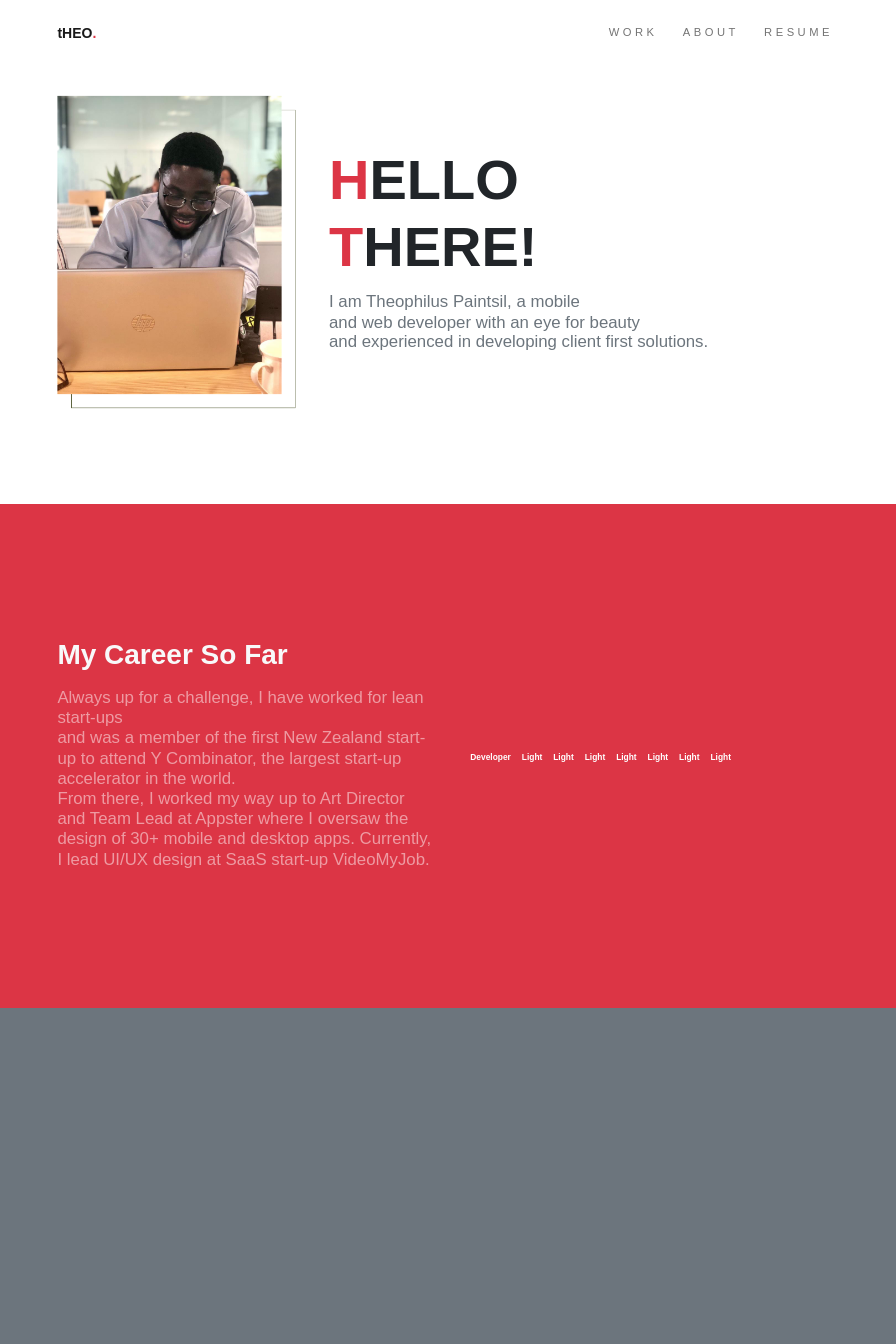
Repository: tHEO2k17/portfolio
Page: /
An editor plug-in stored every save of this project. The page is shown before and after the next save, followed by the edit.
The browser window is 1280 px wide. The pictures show the part of the page from y = 0 to 1920 px (the page is 3000 px tall), at 70% of full size.
The project was rebuilt for these pictures with package versions that can differ from the ones it lists, and the page was loaded fresh each time.

Above is the page before, as saved 2021-07-22 10:35:47.

### public/index.html
<!DOCTYPE html>
<html lang="en">
  <head>
    <meta charset="utf-8" />
    <link rel="icon" href="%PUBLIC_URL%/favicon.ico" />
    <meta name="viewport" content="width=device-width, initial-scale=1" />
    <meta name="theme-color" content="#000000" />
    <meta
      name="description"
      content="Web site created using create-react-app"
    />
    <link rel="apple-touch-icon" href="%PUBLIC_URL%/logo192.png" />
    <link rel="manifest" href="%PUBLIC_URL%/manifest.json" />
    <title>Theophilus Paintsil - Portfolio</title>
  </head>
  <body>
    <noscript>You need to enable JavaScript to run this app.</noscript>
    <div id="root"></div>
  </body>
</html>

### src/index.tsx
import React from 'react';
import ReactDOM from 'react-dom';
import './index.scss';
import App from './presentation/App';

ReactDOM.render(
  <React.StrictMode>
    <App />
  </React.StrictMode>,
  document.getElementById('root')
);

### src/index.scss
@import '~bootstrap/scss/bootstrap.scss';

body{
    font-family: Arial, Helvetica, sans-serif;
}
// Navbar
.navbar-light .navbar-nav{
    padding: 1.2rem 0rem;
}

.navbar-light .navbar-nav .nav-link {
   letter-spacing: 5px;
//    font-size: 14px;
}

.navbar-light .navbar-nav .nav-link:not(:last-child) {
    margin-right: 20px;
 }

### src/presentation/App.tsx
import React from 'react';
import { Switch, Route, BrowserRouter as Router, } from 'react-router-dom';
import HomePage from './pages/HomePage';

function App() {
  return (
    <Router>
      <Switch>
        <Route exact path="/" component={HomePage} />
      </Switch>
    </Router>
  );
}

export default App;

### src/presentation/pages/HomePage.tsx
import { Col, Container, Nav, Navbar, Row, Image, Badge } from "react-bootstrap";

export default function HomePage() {
    return (
        <>
            <Navbar expand="lg" fixed="top" variant="light">
                <Container>
                    <Navbar.Brand href="#home">
                        <span className="fw-bold">tHEO<b className="text-danger">.</b></span>
                    </Navbar.Brand>
                    <Navbar.Toggle />
                    <Navbar.Collapse>
                        <Nav className="ms-auto">
                            <Nav.Link href="#home">WORK</Nav.Link>
                            <Nav.Link href="#home">ABOUT</Nav.Link>
                            <Nav.Link href="#link">RESUME</Nav.Link>
                        </Nav>
                    </Navbar.Collapse>
                </Container>
            </Navbar>

            <header className="min-vh-100">
                <Container>
                    <Row className="align-items-center min-vh-100 my-auto gx-5">
                        <Col md="4"> <Image src="assets/images/theo.png" fluid /> </Col>
                        <Col>
                            <h1 className="display-1 fw-bold">
                                <b className="text-danger">H</b>ELLO <br />
                                <b className="text-danger">T</b>HERE!
                            </h1>
                            <h4 className="fw-light text-muted mt-3">
                                I am Theophilus Paintsil, a mobile <br />
                                and web developer with an eye for beauty <br />
                                and experienced in developing client first solutions.
                            </h4>
                        </Col>
                    </Row>
                </Container>
            </header>

            <section className="bg-danger min-vh-100">
                {/* skills and tools */}
                <Container>
                    <Row className="align-items-center min-vh-100 my-auto gx-5 text-light">
                        <Col>
                            <h1 className="fw-bold">My Career So Far</h1>
                            <h4 className="text-white-50 mt-4">
                                Always up for a challenge, I have worked for lean start-ups<br />
                                and was a member of the first New Zealand start-up to attend Y Combinator,
                                the largest start-up accelerator in the world. <br />
                                From there, I worked my way up to Art Director and Team Lead at Appster where
                                I oversaw the design of 30+ mobile and desktop apps. Currently,
                                I lead UI/UX design at SaaS start-up VideoMyJob.
                            </h4>
                        </Col>
                        <Col>
                            <Badge variant="secondary">Developer</Badge>
                            <Badge variant="light">Light</Badge>
                            <Badge variant="light">Light</Badge>
                            <Badge variant="light">Light</Badge>
                            <Badge variant="light">Light</Badge>
                            <Badge variant="light">Light</Badge>
                            <Badge variant="light">Light</Badge>
                            <Badge variant="light">Light</Badge>
                        </Col>
                    </Row>
                </Container>
            </section>

            <section className="bg-secondary min-vh-100">
                {/* employment history */}
            </section>

            <section className="bg-light min-vh-100">
                {/* work gallery */}
            </section>

            <footer className="bg-dark text-white">
                <Container className="py-5">
                    <Row>
                        <Col>&copy; {new Date().getFullYear()} Theophilus Paintsil. All rights reserved </Col>
                    </Row>
                </Container>
            </footer>

        </>
    );
}

After the next save:
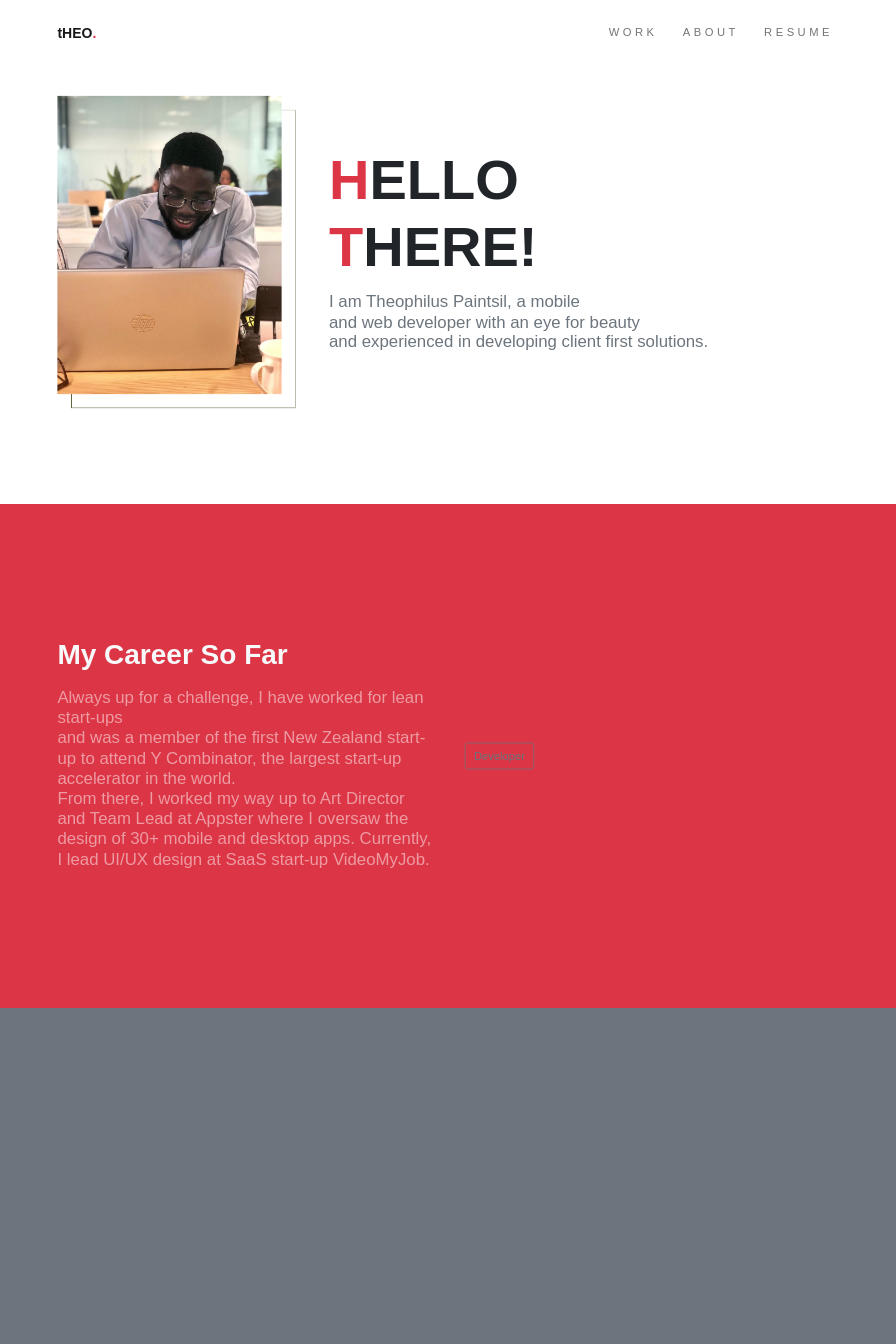
Saved 71 s later.
--- a/src/presentation/pages/HomePage.tsx
+++ b/src/presentation/pages/HomePage.tsx
@@ -1,4 +1,4 @@
-import { Col, Container, Nav, Navbar, Row, Image, Badge } from "react-bootstrap";
+import { Col, Container, Nav, Navbar, Row, Image, Badge, Button } from "react-bootstrap";
 
 export default function HomePage() {
     return (
@@ -54,14 +54,7 @@ export default function HomePage() {
                             </h4>
                         </Col>
                         <Col>
-                            <Badge variant="secondary">Developer</Badge>
-                            <Badge variant="light">Light</Badge>
-                            <Badge variant="light">Light</Badge>
-                            <Badge variant="light">Light</Badge>
-                            <Badge variant="light">Light</Badge>
-                            <Badge variant="light">Light</Badge>
-                            <Badge variant="light">Light</Badge>
-                            <Badge variant="light">Light</Badge>
+                            <Button variant="outline-secondary">Developer</Button>
                         </Col>
                     </Row>
                 </Container>
